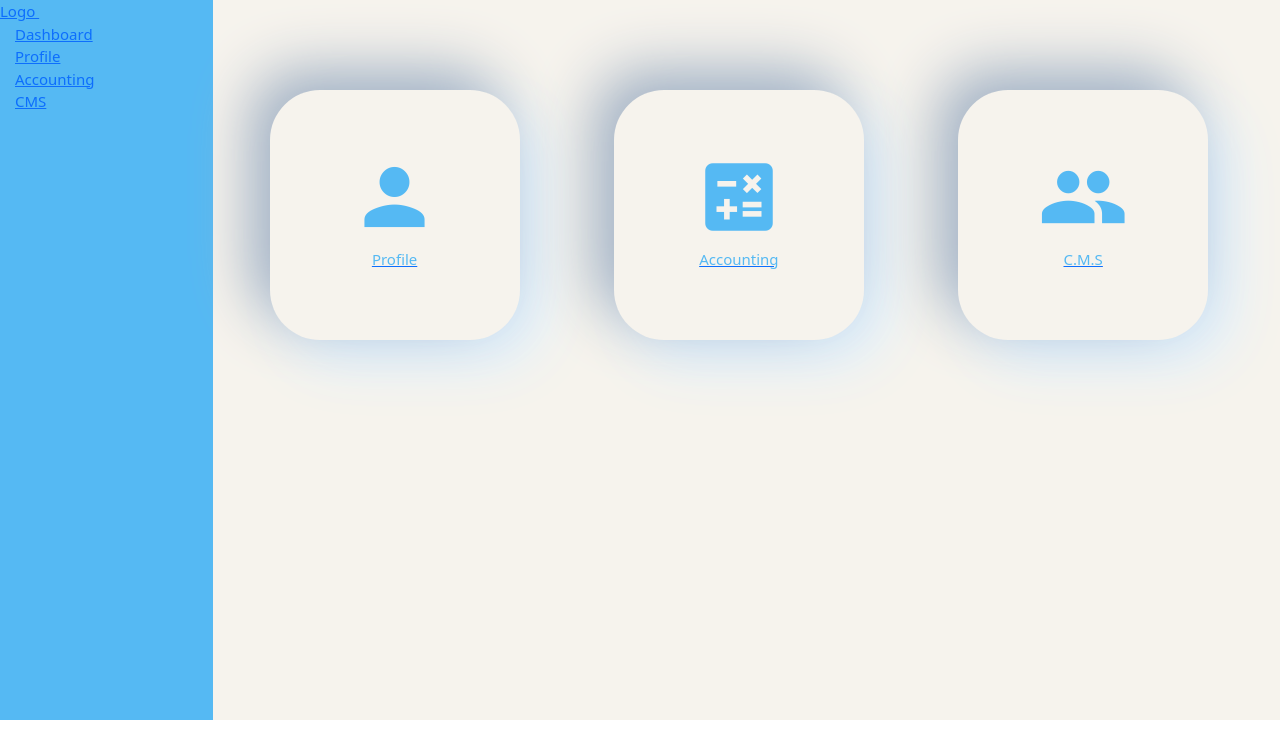
Repository: latenightsnacc/AllinOne
Page: Design/index.html
These files come from the project's save history. The page is drawn as it stood at one moment and after the next save; the edit follows.
The browser window is 1280 px wide. The pictures show the whole page.
The style sheet was rebuilt from its Sass, Less or Tailwind sources for each picture, by a compiler version that may differ from the author's.

Above is the page before, as saved 2020-09-16 13:43:59.

### Design/index.html
<!DOCTYPE html>
<html lang="en">
<head>
    <meta charset="UTF-8">
    <meta name="viewport" content="width=device-width, initial-scale=1.0">
    <!--Icons-->
    <link href="https://fonts.googleapis.com/icon?family=Material+Icons" rel="stylesheet">
    <!-- Compiled and minified CSS -->
    <link rel="stylesheet" href="https://cdnjs.cloudflare.com/ajax/libs/materialize/1.0.0/css/materialize.min.css">
    <link rel="stylesheet" href="https://stackpath.bootstrapcdn.com/bootstrap/5.0.0-alpha1/css/bootstrap.min.css" integrity="sha384-r4NyP46KrjDleawBgD5tp8Y7UzmLA05oM1iAEQ17CSuDqnUK2+k9luXQOfXJCJ4I" crossorigin="anonymous">
    <!--Custom css-->
    <link rel="stylesheet" href="Styles.css">
    <title>Welcome Page</title>
</head>
<body>
    <div class="row g-0">
        <div class="col-xs-3 col-sm-3 col-md-2 col-lg-2 col-xl-2">
            <div class="sidebar">
                <a href="#">
                    Logo
                    <img src="" alt="" />
                </a>
                <div class="container">
                    <ul class="side-menu">
                        <li class="side-link">
                            <a href="index.html">
                                <span class="nav-icon"></span>
                                Dashboard
                            </a>
                        </li>
                        <li class="side-link">
                            <a href="index.html">
                                <span class="nav-icon"></span>
                                Profile
                            </a>
                        </li class="side-link">
                        <li>
                            <a href="index.html">
                                <span class="nav-icon"></span>
                                Accounting
                            </a>
                        </li>
                        <li class="side-link">
                            <a href="index.html">
                                <span class="nav-icon"></span>
                                CMS
                            </a>
                        </li>
                    </ul>
                </div>
            </div>
        </div>

        <div class="col-xs-9 col-sm-9 col-md-10 col-lg-10 col-xl-10">
            <div class="wrapper">
                <div class="welcome-box py-5">

                </div>
                <div class="row ml-5">
                    <div class="col-xs-12 col-sm-12 col-md-4 col-lg-4 col-xl-4 col-xxl-4">
                        <a href="#">
                            <div class="cardNew greyBs">
                                <div class="card-content">
                                    <div class="card-icon">
                                        <i class="large material-icons">person</i>
                                    </div>
                                    <div class="card-title text-center">Profile</div>

                                </div>
                            </div>
                        </a>
                    </div>
                    <div class="col-xs-12 col-sm-12 col-md-4 col-lg-4 col-xl-4 col-xxl-4">
                        <a href="#">
                            <div class="cardNew greyBs">
                                <div class="card-content">
                                    <div class="card-icon">
                                        <i class="large material-icons">calculate</i>
                                    </div>
                                    <div class="card-title text-center">Accounting</div>

                                </div>
                            </div>
                        </a>
                    </div>
                    <div class="col-xs-12 col-sm-12 col-md-4 col-lg-4 col-xl-4 col-xxl-4">
                        <a href="#">
                            <div class="cardNew greyBs">
                                <div class="card-content">
                                    <div class="card-icon">
                                        <i class="large material-icons">people</i>
                                    </div>
                                    <div class="card-title text-center">C.M.S</div>

                                </div>
                            </div>
                        </a>
                    </div>
                </div>
            </div>

        </div>
    </div>


    <script src="https://cdn.jsdelivr.net/npm/popper.js@1.16.0/dist/umd/popper.min.js" integrity="sha384-Q6E9RHvbIyZFJoft+2mJbHaEWldlvI9IOYy5n3zV9zzTtmI3UksdQRVvoxMfooAo" crossorigin="anonymous"></script>
    <script src="https://stackpath.bootstrapcdn.com/bootstrap/5.0.0-alpha1/js/bootstrap.min.js" integrity="sha384-oesi62hOLfzrys4LxRF63OJCXdXDipiYWBnvTl9Y9/TRlw5xlKIEHpNyvvDShgf/" crossorigin="anonymous"></script>
</body>
</html>

### Design/Styles.scss
@import 'variables';

*{
    margin: 0;
    padding: 0;
    box-sizing: border-box;
    list-style: none;
    text-decoration: none;

}
body, html {
    overflow: hidden;
}

.sidebar, .wrapper {
    height: 100vh;
}

.sidebar {
    background-color: $blue;


}
.wrapper {
    background-color: $grey;
}
.greyBs {
    background-color: $grey;
    box-shadow: $bsGrey;
    border-radius: $borderR;
    color: $blue;
}
.cardNew{
    display: flex;
    flex-direction: column;
    align-items: center;
    justify-content: center;
    width: 250px;
    height: 250px;
}

### Design/_variables.scss
$blue: #55b9f3;
$white: #fff;
// $grey: #bdcfe5;
$grey: #f6f3ed;
$borderR: 50px;
$Brb: 50px;
$bsGrey:  -20px -20px 60px #a1b0c3,
20px 20px 60px #d9eeff;
$bsBlue:  20px 20px 60px #489dcf,
-20px -20px 60px #62d5ff;

After the next save:
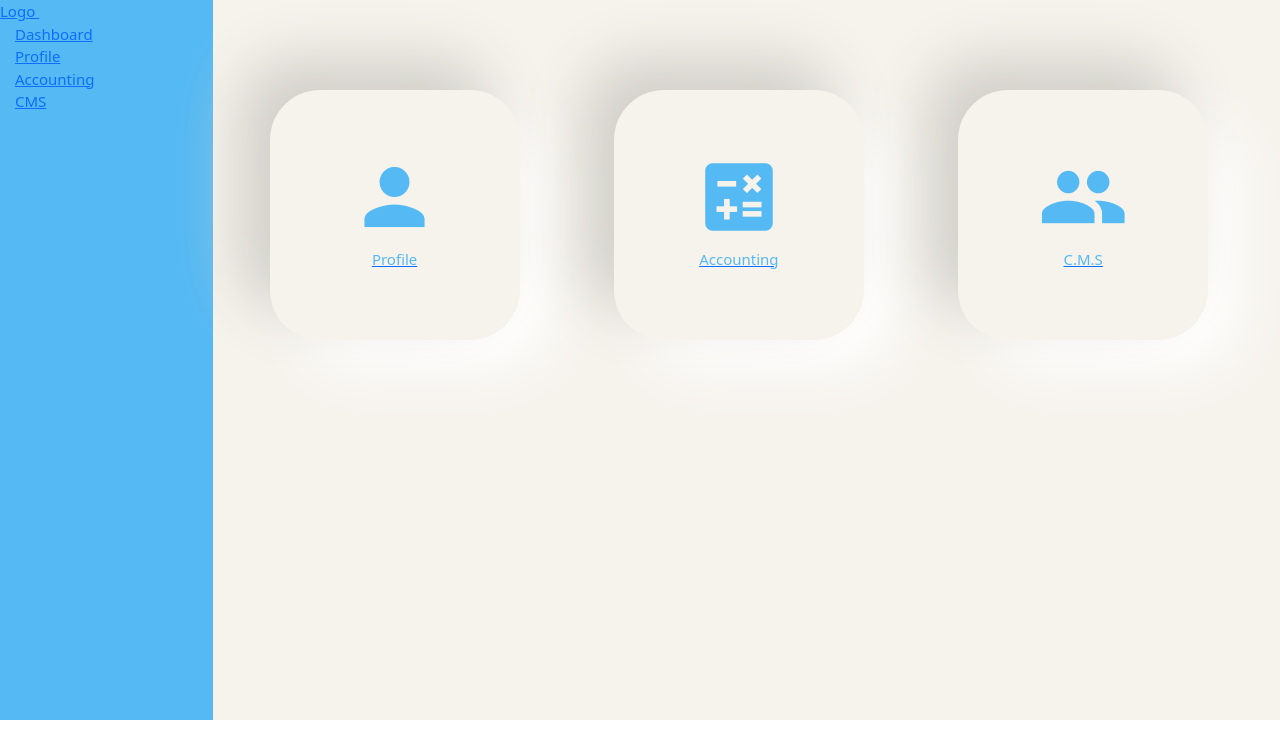
Saved 82 s later.
--- a/Design/_variables.scss
+++ b/Design/_variables.scss
@@ -4,7 +4,7 @@
 $grey: #f6f3ed;
 $borderR: 50px;
 $Brb: 50px;
-$bsGrey:  -20px -20px 60px #a1b0c3,
-20px 20px 60px #d9eeff;
+$bsGrey:  -30px -30px 60px #d1cfc9,
+30px 30px 60px #ffffff;
 $bsBlue:  20px 20px 60px #489dcf,
 -20px -20px 60px #62d5ff;
